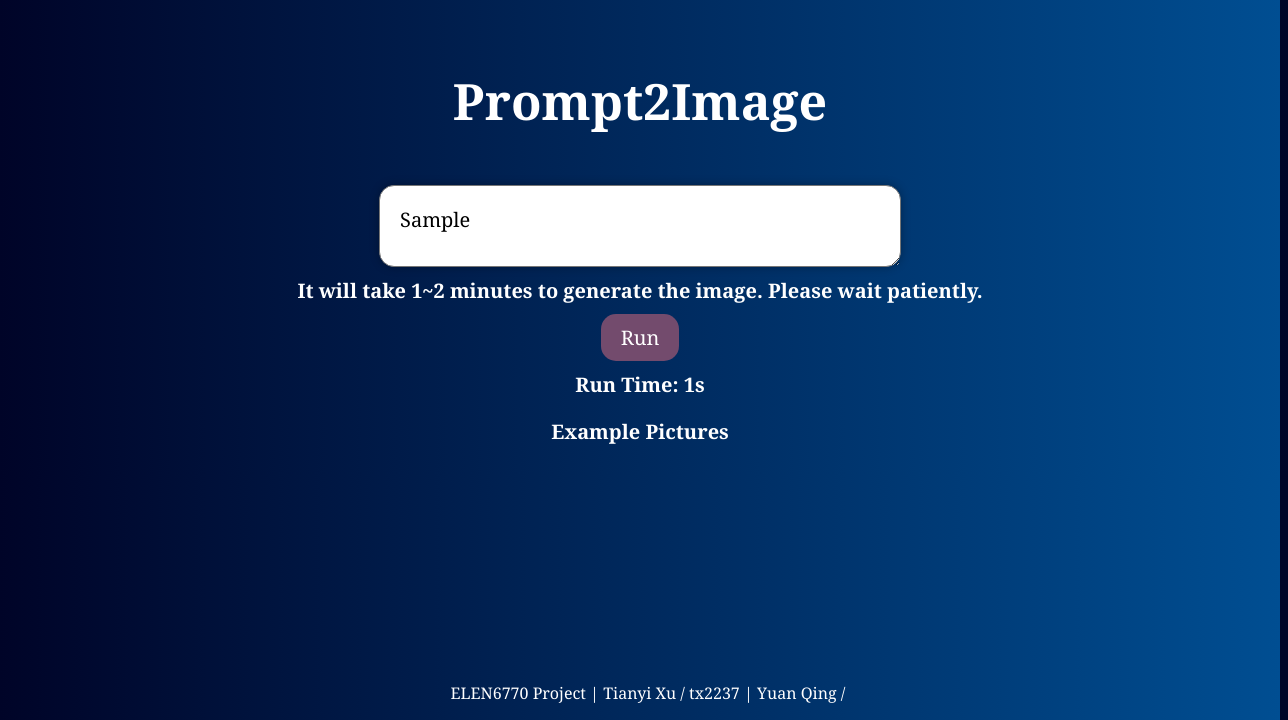
Repository: XTTTZ/Prompt2Image
Page: main4.html
The author's editor kept a copy of each file at every save. The page is drawn from the files as they stood at one save, then again after the next save.
The browser window is 1280 px wide. The page is 1288 px wide, so the pictures cover 1288 px, including what lies to the right of the window. The pictures show the whole page.
Empty fields were first filled with sample values (such as "Sample", 5 or name@example.com).
After loading, the first visible `button` was clicked once.
The page's requests for data from a server got no answer.

Above is the page before, as saved 2023-12-01 02:22:08.

### main4.html
<!DOCTYPE html>
<html lang="en">

<head>
    <meta charset="UTF-8">
    <meta name="viewport" content="width=device-width, initial-scale=1.0">
    <title>Prompt2Image</title>
    <style>
        .center-label {
            text-align: center;
        }

        body {
            font-family: Georgia, serif;
            background: linear-gradient(to right, #000428, #004e92);
            /* 使图片覆盖整个背景 */
            color: #fff
        }

        header {
            background-color: rgba(0, 0, 0, 0);
            color: #fff;
            text-align: center;
            padding: 1em;
            font-family: Georgia, serif;
            font-size: 25px;
        }

        h1 {
            margin-bottom: 0.5em;
        }

        form {
            display: flex;
            /* 设置为Flex容器 */
            flex-direction: column;
            /* 子元素垂直堆叠 */
            align-items: center;
            /* 垂直居中 */
            justify-content: center;
            /* 水平居中，如果需要 */
            height: 100%;
            /* 根据需要设置高度 */
            font-size: 20px;
            gap: 0.5em;
        }

        label {
            font-weight: bold;
            text-align: center;
            font-size: 20px;
        }

        textarea {
            padding: 1em;
            width: 24em;
            height: 2em;
            text-align: left;
            vertical-align: top;
            font-size: 20px;
            border-radius: 15px;
            box-shadow: 0 0 10px rgba(0, 0, 0, 0.3);
            font-family: Georgia, serif;

        }

        button {
            padding: 0.5em 1em;
            background-color: #734b6d;
            color: #fff;
            border: none;
            cursor: pointer;
            border-radius: 15px;
            font-size: 20px;
            font-family: Georgia, serif;
        }

        button:hover {
            background-color: #555;
        }

        img {
            border-radius: 15px;
        }

        #generatedImages {
            border-radius: 15px;
            text-align: center;
            margin: 1em;
            padding: 1em;
            background-color: #ffffff00;
        }
    </style>
</head>

<body>
    <header>
        <h1>Prompt2Image</h1>
    </header>

    <form id="bodyForm">
        <textarea placeholder="Please type your prompt here..." type="text" id="searchInput"
            name="searchInput"></textarea>
        <label>
            It will take 1~2 minutes to generate the image. Please wait patiently.
        </label>
        <button type="button" onclick="performSearch()">Run</button>
        <label id="timeValue"></label>
        <!-- Display generated images -->
    </form>
    <label id="examplePic">
        <p>Example Pictures
        </p>
    </label>
    <form id="exampleForm" style="flex-direction:row;gap:20px">
        <img src="/static/cute cat.png" title="cute cat">
        <img src="/static/flower on grass.png" title="flower on grass">
        <img src="/static/forest.png" title="forest">
        <img src="/static/spaceship in galaxy.png" title="spaceship in galaxy">
    </form>
    <form id="displayform">
        <div style="display:none" id="generatedImages"></div>
        <button id="downloadButton" onclick="downloadImages()" style="display:none">Download Images</button>
    </form>
    <footer style="position:absolute; bottom:0; text-align: center;width:100%">
        <p>ELEN6770 Project | Tianyi Xu / tx2237 | Yuan Qing / </p>
    </footer>

    <script>
        var server_addr = '34.67.111.69';
        var ip_addr;
        var second = 0;
        var clock;
        fetch('http://' + server_addr + '/ip', {
            method: 'GET',
            headers: {
                'Content-Type': 'application/x-www-form-urlencoded',
            },
        })
            .then(response => { return response.json() })
            .then(data => {
                ip_addr = data.ip_addr;
                console.log('ip_addr');
            }
            );
        function startTimer() {
            clearInterval(clock);
            clock = setInterval(timer, 1000);
            second = 0;
            timeValue.style.display = 'block';
            document.getElementById('timeValue').innerText = 'Run Time: ' + second + 's';
        }

        function timer() {
            second++;
            document.getElementById('timeValue').innerText = 'Run Time: ' + second + 's';
        }

        function stopTimer() {
            clearInterval(clock);
            clock = null;
            console.log('timerstop');
            document.getElementById('timeValue').innerText = 'Run Time: ' + second + 's';
        }

        function performSearch() {
            var searchInput = document.getElementById('searchInput').value;
            if (searchInput == '') {
                document.getElementById('timeValue').innerText = 'Please type your prompt!';
            }
            else {

                document.getElementById('exampleForm').style.display = 'none';
                document.getElementById('generatedImages').style.display = 'none';
                document.getElementById('downloadButton').style.display = 'none';
                fetch('http://' + server_addr + ':5000/search', {
                    method: 'POST',
                    headers: {
                        'Content-Type': 'application/x-www-form-urlencoded',
                    },
                    body: 'text=' + encodeURIComponent(searchInput)
                })
                    .then(response => {
                        return response.json();
                    })
                    .then(data => { checkStatusPic() });
                startTimer();
            }
        }

        function checkStatusPic() {
            stopTimer();
            var generatedImagesContainer = document.getElementById('generatedImages');
            var downloadButton = document.getElementById('downloadButton');

            // Clear previous content
            generatedImagesContainer.innerHTML = '';

            // Append image elements dynamically
            var img = document.createElement('img');
            img.src = 'http://' + server_addr + '/image/' + ip_addr + '/0?time=' + new Date().getTime();
            generatedImagesContainer.appendChild(img);
            // Display the container and download button
            generatedImagesContainer.style.display = 'block';
            downloadButton.style.display = 'block';
        }

        function downloadImages() {
            // Create a link element for each image and trigger download
            var url = 'http://' + server_addr + '/image/' + ip_addr + '/0?time=' + new Date().getTime();
            var downloadLink = document.createElement('a');
            downloadLink.href = url;
            // 指定下载的文件名，您可以根据需要更改它
            downloadLink.download = 'image.png';
            // 将 <a> 元素添加到文档中并点击它
            document.body.appendChild(downloadLink);
            downloadLink.click();
            // 清理并移除 <a> 元素
            document.body.removeChild(downloadLink);
        }
    </script>
</body>

</html>

After the next save:
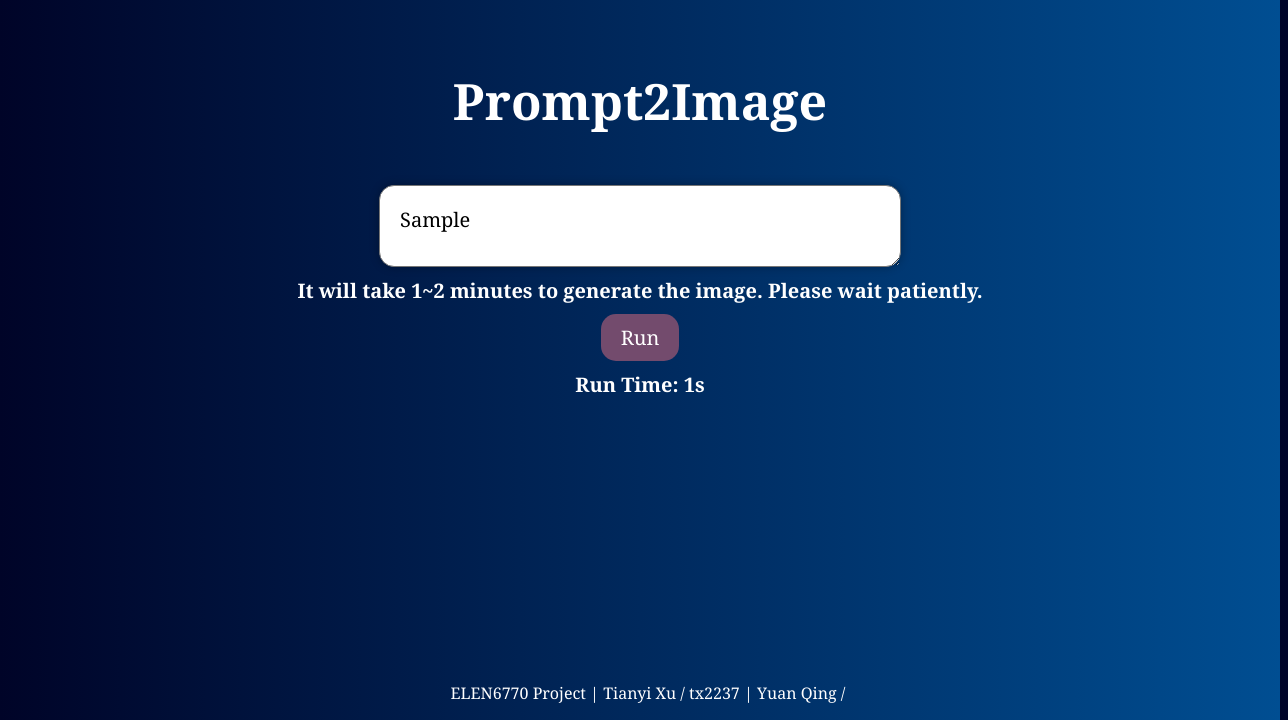
Saved 45 s later.
--- a/main4.html
+++ b/main4.html
@@ -171,6 +171,7 @@
             else {
 
                 document.getElementById('exampleForm').style.display = 'none';
+                document.getElementById('examplePic').style.display = 'none';
                 document.getElementById('generatedImages').style.display = 'none';
                 document.getElementById('downloadButton').style.display = 'none';
                 fetch('http://' + server_addr + ':5000/search', {
